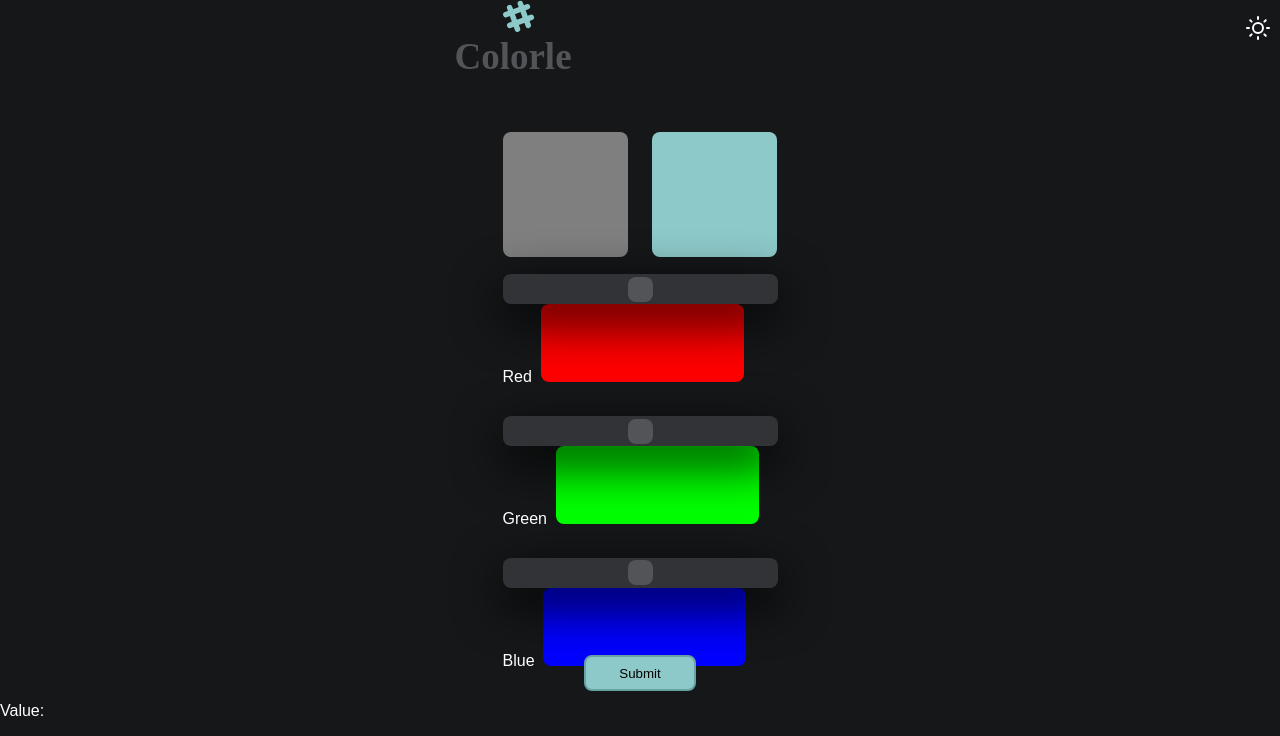
Repository: Artem-Melnik/Colorle
Page: index.html
An editor plug-in stored every save of this project. The page is shown before and after the next save, followed by the edit.
The browser window is 1280 px wide. The pictures show the whole page.

Above is the page before, as saved 2022-05-14 21:41:42.

After the next save:
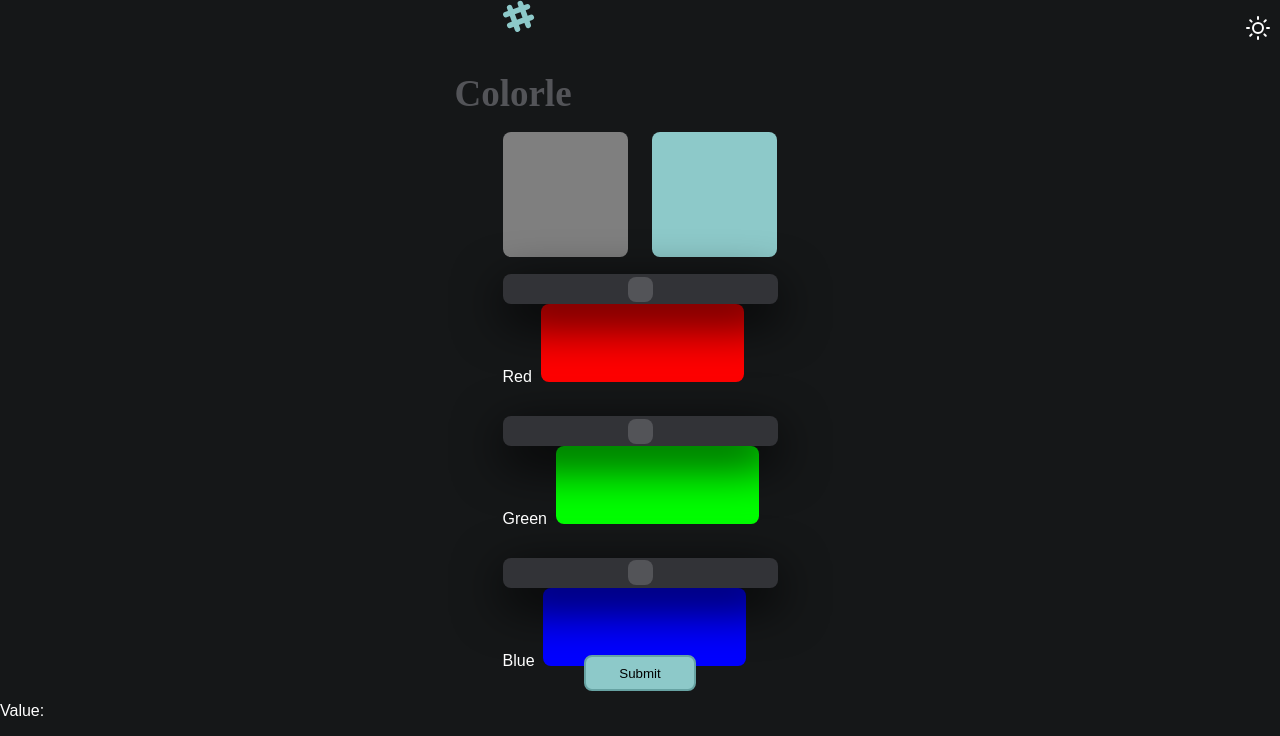
Saved 12 s later.
--- a/styles.css
+++ b/styles.css
@@ -50,7 +50,7 @@
   align-items: center;
   text-align: center;
   color: #535458;
-  margin: 0px;
+  /* margin: 0px; */
   width: 21px;
 }
 
